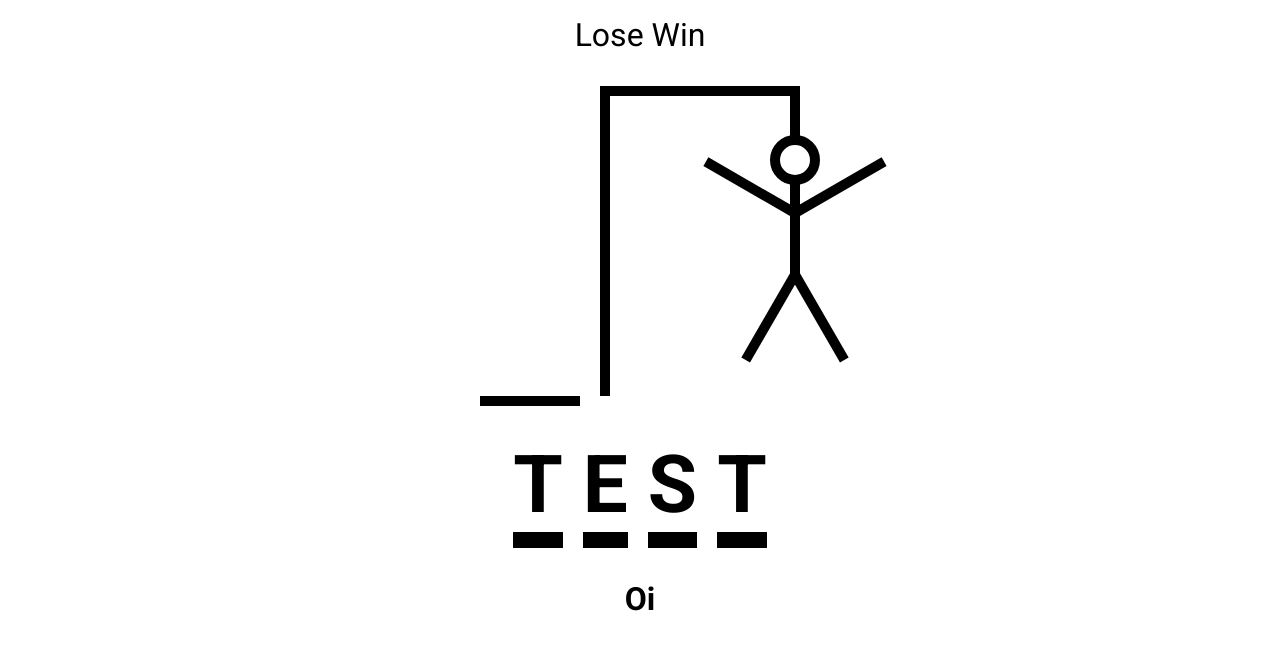
Repository: guilhermecardoso93/jogodaforca
Page: /
The author's editor kept a copy of each file at every save. The page is drawn from the files as they stood at one save, then again after a run of saves.
The browser window is 1280 px wide. The pictures show the whole page.
The project was rebuilt for these pictures with package versions that can differ from the ones it lists, and the page was loaded fresh each time. Also part of the build but not shown: vite.config.ts.

Above is the page before, as saved 2022-12-06 21:15:05.

### index.html
<!DOCTYPE html>
<html lang="en">
  <head>
    <meta charset="UTF-8" />
    <link rel="icon" type="image/svg+xml" href="/vite.svg" />
    <meta name="viewport" content="width=device-width, initial-scale=1.0" />
    <link rel="preconnect" href="https://fonts.googleapis.com"><link
      rel="preconnect" href="https://fonts.gstatic.com" crossorigin><link
      href="https://fonts.googleapis.com/css2?family=Roboto:ital,wght@0,400;0,500;0,700;1,400&display=swap"
      rel="stylesheet">
    <title>Vite + React + TS</title>
  </head>
  <body>
    <div id="root"></div>
    <script type="module" src="/src/main.tsx"></script>
  </body>
</html>

### src/App.tsx
import { useState } from "react";
import words from "./wordList.json";

import { HangmanDrawing } from "./components/HangmanDrawing";
import { HangmanWord } from "./components/HangmanWord";
import { Keyboard } from "./components/Keyboard";

import "./App.css";

export function App() {
  const randomWords = () => {
    return words[Math.floor(Math.random() * words.length)];
  };

  const [wordToGuess, setWordToGuess] = useState(randomWords);
  const [guessedLetters, setGuessedLetters] = useState<string[]>([]);

  console.log(wordToGuess);
  return (
    <div className="container">
      <div className="loseOrWin">Lose Win</div>
      <HangmanDrawing />
      <HangmanWord />
      <Keyboard />
    </div>
  );
}

### src/wordList.json
[
  "capaz",
  "sobre",
  "absoluto",
  "aceitar",
  "conta",
  "alcançar",
  "através",
  "ativo",
  "real",
  "Admitem",
  "anunciar",
  "afetar",
  "proporcionar",
  "depois",
  "tarde",
  "novamente",
  "contra",
  "agente",
  "aceita",
  "permitir",
  "quase",
  "já",
  "tudo bem",
  "também",
  "Apesar",
  "sempre",
  "América",
  "quantia",
  "outro",
  "responda",
  "separado",
  "aparente",
  "aparecer",
  "Aplique",
  "nomear",
  "abordagem",
  "apropriado",
  "área",
  "argumentar",
  "arranjo",
  "associado",
  "presumir",
  "participar",
  "autoridade",
  "acessível",
  "consciente",
  "horrível",
  "bebê",
  "Saldo",
  "bola",
  "banco",
  "base",
  "base",
  "urso",
  "bater",
  "beleza",
  "Porque",
  "antes da",
  "começar",
  "acreditam",
  "beneficiar",
  "melhor",
  "entre",
  "conta",
  "nascimento",
  "Preto",
  "cara",
  "sangue",
  "golpe",
  "limite",
  "linha",
  "Lista",
  "ouço",
  "pequena",
  "viver",
  "carregar",
  "local",
  "trancar",
  "Londres",
  "grandes",
  "olhar",
  "senhor",
  "perder",
  "amor",
  "sorte",
  "almoço",
  "máquina",
  "faço",
  "gerir",
  "muitos",
  "marca",
  "mercado",
  "casar",
  "Combine",
  "matéria",
  "significa",
  "significado",
  "a medida",
  "encontrar",
  "membro",
  "menção",
  "meio",
  "poderia",
  "milha",
  "ouvir",
  "coração",
  "aquecer",
  "pesado",
  "inferno",
  "ajuda",
  "aqui",
  "Alto",
  "história",
  "aguarde",
  "feriado",
  "casa",
  "honesto",
  "esperança",
  "cavalo",
  "hospital",
  "hora",
  "lar",
  "Contudo",
  "olá",
  "centenas",
  "esposo",
  "idéia",
  "identificar",
  "Imagine",
  "importante",
  "melhorar",
  "incluir",
  "renda",
  "aumentar",
  "na verdade",
  "Individual",
  "indústria",
  "informar",
  "garantir",
  "interesse",
  "em",
  "introduzir",
  "investir",
  "envolver",
  "questão",
  "item",
  "Jesus",
  "Junte",
  "juiz",
  "pular",
  "apenas",
  "guarda",
  "matar",
  "Gentil",
  "rei",
  "cozinha",
  "bater",
  "conhecer",
  "trabalho",
  "senhora",
  "terra",
  "Língua",
  "ampla",
  "último",
  "tarde",
  "riso",
  "conduzir",
  "aprender",
  "sair",
  "deixei",
  "menos",
  "carta",
  "nível",
  "vida",
  "leve",
  "Curti",
  "provável",
  "cinco",
  "apartamento",
  "piso",
  "Segue",
  "Comida",
  "pé",
  "força",
  "esquecer",
  "Formato",
  "fortuna",
  "frente",
  "quatro",
  "França",
  "gratuitamente",
  "amigo",
  "a partir de",
  "frente",
  "cheio",
  "função",
  "fundo",
  "futuro",
  "jogos",
  "jardim",
  "em geral",
  "Alemanha",
  "menina",
  "dar",
  "vidro",
  "Boa",
  "adeus",
  "governo",
  "grande",
  "conceder",
  "excelente",
  "verde",
  "chão",
  "grupo",
  "crescer",
  "acho",
  "cabelo",
  "metade",
  "corredor",
  "mão",
  "pendurar",
  "acontecer",
  "feliz",
  "duro",
  "odiar",
  "tenho",
  "cabeça",
  "saúde"
]

### src/components/HangmanDrawing.tsx
const HEAD = (
  <div
    style={{
      width: "50px",
      height: "50px",
      borderRadius: "100%",
      border: "10px solid black",
      position: "absolute",
      top: "49px",
      right: "-20px",
    }}
  />
);

const BODY = (
  <div
    style={{
      width: "10px",
      height: "100px",
      background: "black",
      position: "absolute",
      top: "90px",
      right: 0,
    }}
  />
);

const RIGHT_ARM = (
  <div
    style={{
      width: "100px",
      height: "10px",
      background: "black",
      position: "absolute",
      top: "120px",
      right: "-100px",
      rotate: "-30deg",
      transformOrigin: "left bottom",
    }}
  />
);

const LEFT_ARM = (
  <div
    style={{
      width: "100px",
      height: "10px",
      background: "black",
      position: "absolute",
      top: "120px",
      right: "10px",
      rotate: "30deg",
      transformOrigin: "right bottom",
    }}
  />
);

const RIGHT_LEG = (
  <div
    style={{
      width: "100px",
      height: "10px",
      background: "black",
      position: "absolute",
      top: "180px",
      right: "-90px",
      rotate: "60deg",
      transformOrigin: "left bottom",
    }}
  />
);

const LEFT_LEG = (
  <div
    style={{
      width: "100px",
      height: "10px",
      background: "black",
      position: "absolute",
      top: "180px",
      right: 0,
      rotate: "-60deg",
      transformOrigin: "right bottom",
    }}
  />
);

const BODY_PARTS = [HEAD, BODY, RIGHT_ARM, LEFT_ARM, RIGHT_LEG, LEFT_LEG];

type HangmanDrawingProps = {
  numberOfGuesses: number
}

export function HangmanDrawing() {
  return (
    <div style={{ position: "relative" }}>
      {BODY_PARTS}
      <div
        style={{
          height: "50px",
          width: "10px",
          background: "black",
          position: "absolute",
          top: 0,
          right: 0,
        }}
      />
      <div
        style={{
          height: "10px",
          width: "200px",
          background: "black",
          marginLeft: "120px",
        }}
      />
      <div
        style={{
          height: "300px",
          width: "10px",
          background: "black",
          marginLeft: "120px",
        }}
      />
      <div style={{ height: "10px", width: "100px", background: "black" }} />
    </div>
  );
}

### src/components/HangmanWord.tsx
import "../App.css";

export function HangmanWord() {
  const word = 'test'
  return (
    <div className="HangmanWordContainer">
      {
        word.split('').map((letter, index) => (
          <span>{letter}</span>
        ))}
    </div>
  )
}

### src/components/Keyboard.tsx
export function Keyboard() {
  return (
    <div>
      <h1>Oi</h1>
    </div>
  )
}

### src/App.css
* {
  margin: 0;
  passing: 0;
  box-sizing: border-box;
  font-family: "Roboto", sans-serif;
}

body {
  margin: 1rem;
}

.container {
  max-width: 800px;
  display: flex;
  flex-direction: column;
  gap: 2rem;
  margin: 0 auto;
  align-items: center;
  justify-content: center;
}

.loseOrWin {
  font-size: 2rem;
  text-align: center;
}

.HangmanWordContainer {
  display: flex;
  gap: 0.25em;
  font-size: 5rem;
  font-weight: bold;
  text-transform: uppercase;
}

.HangmanWordContainer > span {
  border-bottom: 1rem solid black;
}

Loaded but not shown: src/main.tsx (common file)

After the next 2 saves:
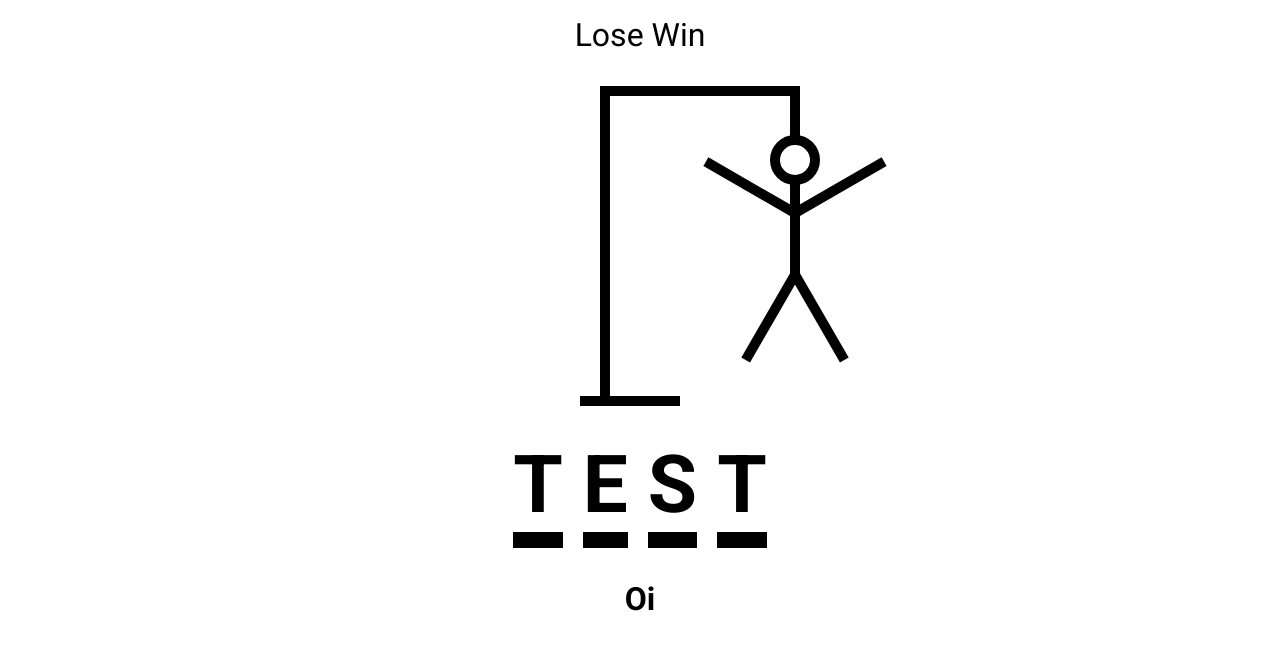
The 2 saves are shown as one change because 1 did not build or start.
The last was saved 26 s later.
--- a/src/components/HangmanDrawing.tsx
+++ b/src/components/HangmanDrawing.tsx
@@ -121,7 +121,7 @@ export function HangmanDrawing() {
           marginLeft: "120px",
         }}
       />
-      <div style={{ height: "10px", width: "100px", background: "black" }} />
+      <div style={{ height: "10px", width: "100px", marginLeft: '100px', background: "black" }} />
     </div>
   );
 }
